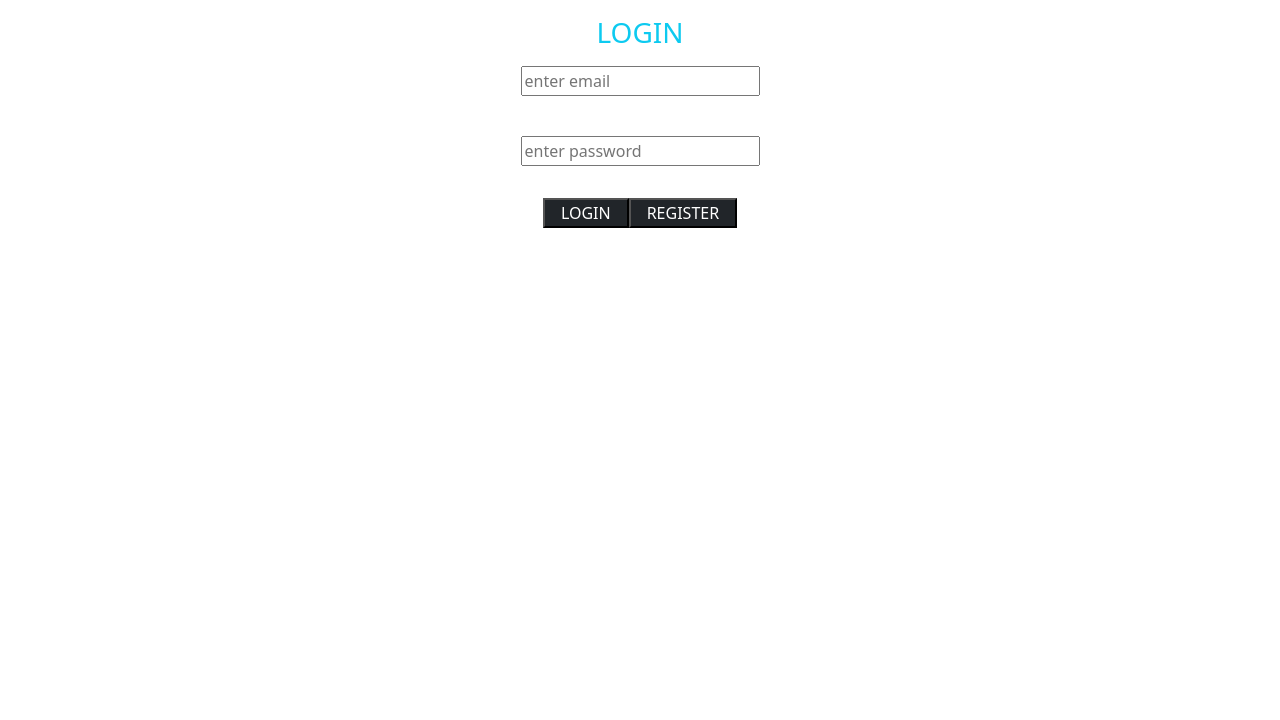
Repository: sreech465/e-prathibha
Page: /
An editor plug-in stored every save of this project. The page is shown before and after the next save, followed by the edit.
The browser window is 1280 px wide. The pictures show the whole page.
The project was rebuilt for these pictures with package versions that can differ from the ones it lists, and the page was loaded fresh each time. Also part of the build but not shown: src/Components/Register.js, src/Components/Verify.js, src/Components/Popup.css, src/Components/Popup.js, src/Components/WritExam.css, src/Components/WriteExam.js, src/Components/ListOfExams.js, src/Components/Sidebar.js and 5 more.

Above is the page before, as saved 2022-10-18 13:21:47.

After the next save:
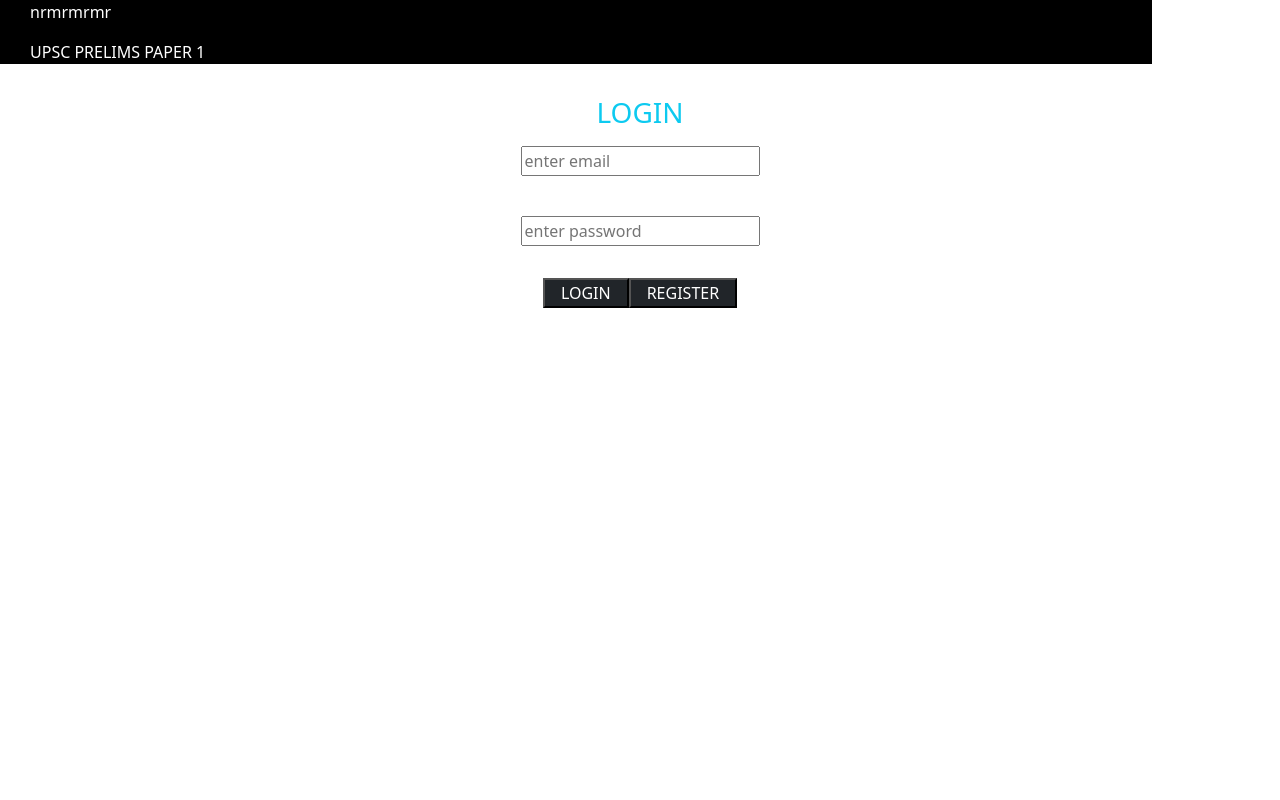
Saved 52 s later.
--- a/src/App.js
+++ b/src/App.js
@@ -3,7 +3,7 @@
 import Register from "./Components/Register";
 import { useSelector } from "react-redux";
 import Verify from "./Components/Verify";
-
+import Header from "./Components/Header";
 import Login from "./Components/Login";
 import { Routes, Route } from "react-router-dom";
 import WriteExam from "./Components/WriteExam";
@@ -21,6 +21,7 @@
 
   return (
     <>
+      <Header />
       <div className="App">
         <BrowserRouter>
           <Routes>
